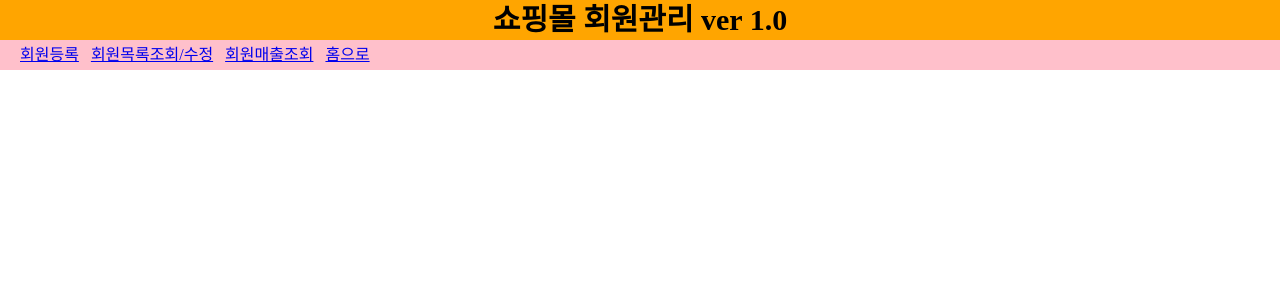
Repository: pcshoya/hrdkorea
Page: http://localhost/shopping_2-4반_/header.jsp
An editor plug-in stored every save of this project. The page is shown before and after the next save, followed by the edit.
The browser window is 1280 px wide. The pictures show the whole page.
The page is served by Tomcat 9.

Above is the page before, as saved 2025-03-18 05:39:46.

### shopping(2-4반)/src/main/webapp/header.jsp
<%@ page language="java" contentType="text/html; charset=UTF-8"
    pageEncoding="UTF-8"%>
<!DOCTYPE html>
<html>
<head>
<meta charset="UTF-8">
<title>shopping mall</title>
</head>
<body>
<header style="position:fixed;top:0px;left:0px;width:100%;height:40px;line-height:40px;background-color:orange;text-align:center;font-size:30px">
<b>쇼핑몰 회원관리 ver 1.0</b>
</header>

<nav style="position: fixed ; top: 40px ; left: 0px; width: 100% ; height: 30px ; line-height: 30px;
background-color: pink;padding-left: 20px">
<a href="insert.jsp">회원등록</a>&nbsp;&nbsp;
<a href="insert.jsp">회원목록조회/수정</a>&nbsp;&nbsp;
<a href="insert.jsp">회원매출조회</a>&nbsp;&nbsp;
<a href="insert.jsp">홈으로</a>&nbsp;&nbsp;
</nav>

</body>
</html>

After the next save:
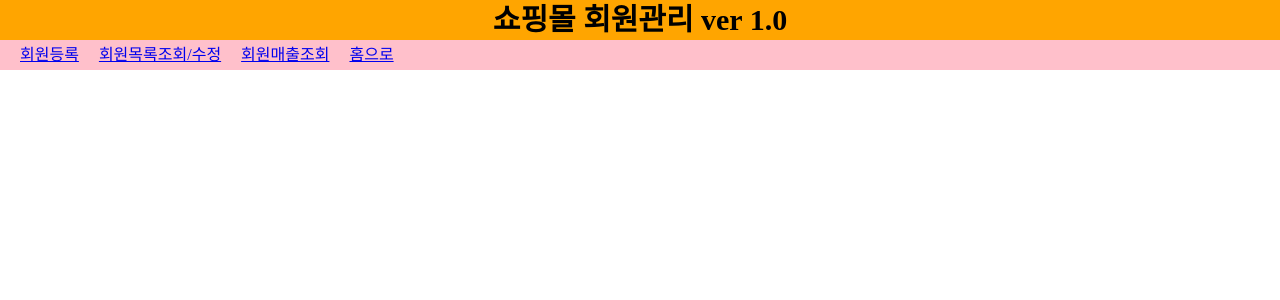
Saved 10 s later.
--- a/shopping(2-4반)/src/main/webapp/header.jsp
+++ b/shopping(2-4반)/src/main/webapp/header.jsp
@@ -13,10 +13,10 @@
 
 <nav style="position: fixed ; top: 40px ; left: 0px; width: 100% ; height: 30px ; line-height: 30px;
 background-color: pink;padding-left: 20px">
-<a href="insert.jsp">회원등록</a>&nbsp;&nbsp;
-<a href="insert.jsp">회원목록조회/수정</a>&nbsp;&nbsp;
-<a href="insert.jsp">회원매출조회</a>&nbsp;&nbsp;
-<a href="insert.jsp">홈으로</a>&nbsp;&nbsp;
+<a href = "insert.jsp"> 회원등록</a> &nbsp; &nbsp;
+<a href = "list.jsp"> 회원목록조회/수정</a> &nbsp; &nbsp;
+<a href = "salary.jsp">회원매출조회</a>  &nbsp; &nbsp;
+<a href = "index.jsp">홈으로</a>
 </nav>
 
 </body>
